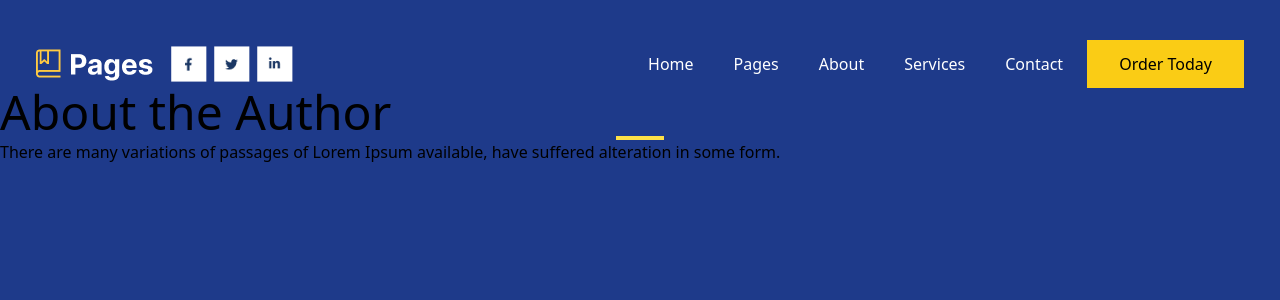
Repository: Godnorg/Class3
Page: index.html
The author's editor kept a copy of each file at every save. The page is drawn from the files as they stood at one save, then again after a run of saves.
The browser window is 1280 px wide. The pictures show the whole page.
Some web libraries are served in a nearby version.

Above is the page before, as saved 2023-02-18 00:51:58.

After the next 3 saves:
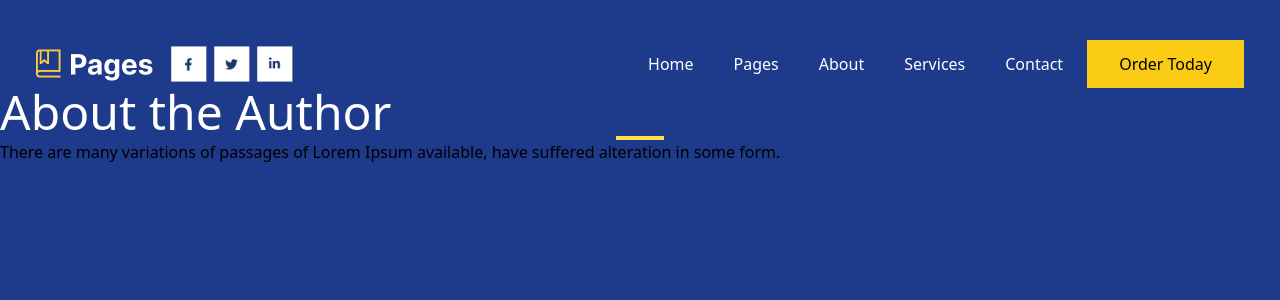
The 3 saves are shown as one change because they came seconds apart.
The last was saved 9 s later.
--- a/index.html
+++ b/index.html
@@ -24,7 +24,7 @@
         <button class="px-8 py-3 mx-auto bg-yellow-400 font-sans-serif">Order Today</button>
     </div>
     </div>
-    <h1 class="text-5xl">About the Author</h1>
+    <h1 class="text-5xl text-white">About the Author</h1>
         <div
             class="items-center w-12 h-1 mx-auto text-center bg-yellow-300">
         </div>
